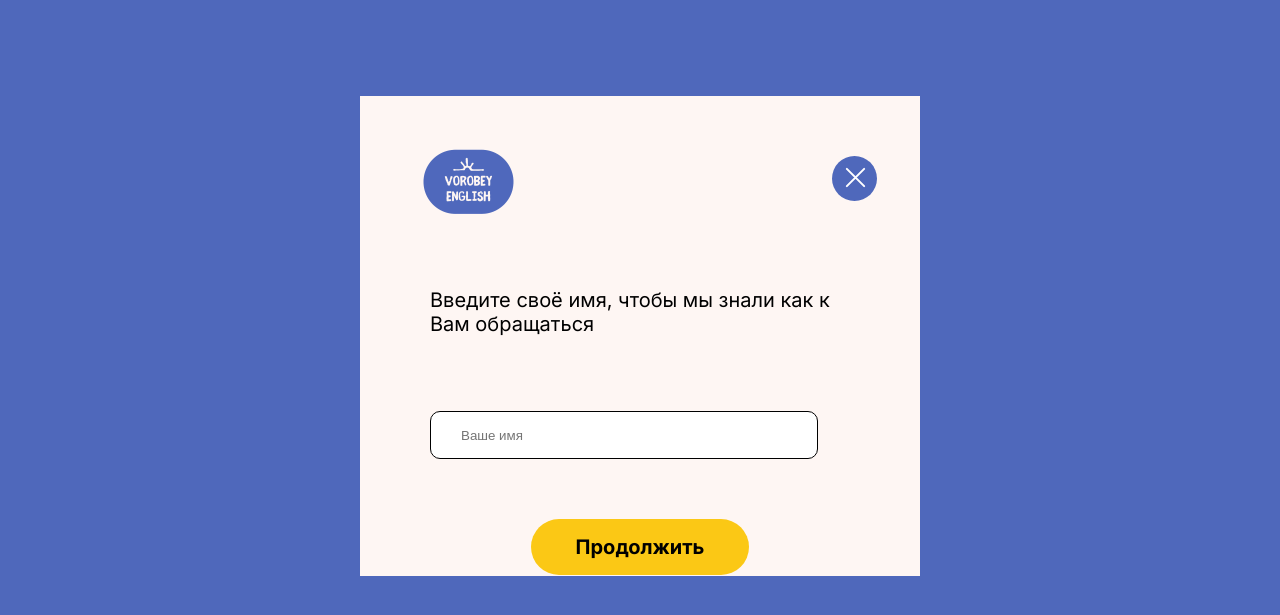
Repository: WladimirVA/Diplom
Page: templates/next_test.html
An editor plug-in stored every save of this project. The page is shown before and after the next save, followed by the edit.
The browser window is 1280 px wide. The pictures show the whole page.

Above is the page before, as saved 2023-05-04 19:00:42.

### templates/next_test.html
<!DOCTYPE html>
<html lang="en">
<head>
    <meta charset="UTF-8">
    <meta http-equiv="X-UA-Compatible" content="IE=edge">
    <meta name="viewport" content="width=\, initial-scale=1.0">
    <link href="../static/css/name.css" rel="stylesheet" type="text/css">
    <link href="../static/css/fonts.css" rel="stylesheet" type="text/css">
    <link href="../static/css/mob.css" media="screen and (max-width: 360px)" rel="stylesheet" type="text/css">
    <link rel="icon" sizes="16x16" href="../static/img/Иконка _Лого_ (1_1).svg" type="image/x-icon">
    <title>Vorobeyenglish</title>
</head>
<body>

<!-- {{if .Available}}

    <form class="NAME_LOGO_INFO" action="./test" method="post">
        <div class="Name-logo">
            <a href="../"><img src="../static/img/Иконка _Лого_ (1).svg"></a>
            <img class="Name-logo-img1-info" src="./static/img/Ellipse 6 (2).svg">
            <a href="../"><img class="Name-logo-img-info" src="../static/img/Vector (5).svg"></a>
        </div>
        <div class="info">
            <p>Добро пожаловать!<br>Вы собираетесь начать тест</p>

            <input type="hidden" name="name" value="{{.User}}">
            <input type="hidden" name="id" value="{{.TestStart}}">

            <ul>
                <li>Тест содержит 60 вопросов с возможностью выбора 1 правильного ответа из 4-х.</li>
                <li class="info-li">Время на выполнение теста не ограничено.</li>
                <li>В конце Вы получите результат прохождения теста.</li>
            </ul>
        </div>
        <div class="button">
            <button class="button submit_button">Продолжить</button>
        </div>
    </form>

{{else}} -->

<form class="NAME_LOGO" action="./next_test" method="post">
    <div class="Name-logo">
        <a href="../"><img class="logo_mob" src="../static/img/Иконка _Лого_ (1).svg"></a>
        <img class="Name-logo-img1" src="../static/img/Ellipse 6 (2).svg">
        <a href="../"><img class="Name-logo-img" src="../static/img/Vector (5).svg"></a>
    </div>
    <div class="name">
        <label class="label">Введите своё имя, чтобы мы знали как к<br> Вам обращаться
    </div>
    <div class="name-input">
        <input required="" name="name" class="text-input" type="text" maxlength="255" minlength="2" placeholder="Ваше имя" pattern="^[А-Яа-яЁё\s a-zA-Z]+$" title="Введите русские или латинские символы. Не менее 2 символов"></label>
    </div>
    <div class="button">
        <button class="button submit_button">Продолжить</button>
    </div>
</form>

<!-- {{end}} -->

</body>
</html>

### static/css/name.css
body {
    align-items: center;
    width: 100%;
    max-width: 1366px;
    margin: auto;
    font-family: 'Inter', 'Work Sans', "NunitoSans-Light", Arial, Helvetica, sans-serif;
    background: #4F68BB;
}

* {
    margin: 0;
    padding: 0;
}

.NAME_LOGO {
    width: 560px;
    height: 480px;
    position: fixed; top: 50%; left: 50%;
    transform: translate(-50%, -55%);
    /* box-shadow: 0px 0px 25px; */
    background-color: #FEF6F3;
}

.NAME_LOGO_INFO {
    width: 780px;
    height: 688px;
    position: fixed; top: 50%; left: 50%;
    transform: translate(-50%, -55%);
    /* box-shadow: 0px 0px 25px; */
    background-color: #FEF6F3;

    position: absolute;
    top:  50%;
    left: 50%;
    transform: translate(-50%,-50%);
}

.Name-logo {
    display: flex;
}

.Name-logo a {
    margin: 30px 0 0 0px;
    padding-left: 25px;
}

.Name-logo-img1 {
    margin: 33px 0 0 280px;
}

.Name-logo-img1-info {
    margin: 17px 0 0 435px;
}

.Name-logo-img {
    margin: 41px 0 0 -57px;
}

.Name-logo-img-info {
    margin: 35px 0 0 -57px;
}

.name {
    margin: 60px 0 60px 70px;
}

.name-input {
    margin: 60px 0 60px 70px;
}

.name p {
    text-align: right;
    margin: 15px 73px 66px 0;
    font-family: 'Inter';
    font-style: normal;
    font-weight: 400;
    font-size: 12px;
    line-height: 16px;
}

.label {
    text-align: center;
    font-family: 'Inter';
    font-style: normal;
    font-weight: 400;
    font-size: 20px;
    line-height: 24px;
}

.text-input {
    margin: 15px 0 0 0;
    width: 388px;
    height: 48px;
    border: 1px solid #000000;
    border-radius: 10px;
    padding-left: 30px;
}

.text-input, .text-input::before, .text-input::after {
    box-sizing: border-box;
  }

.text-input:hover{
    border:2px solid #4F68BB; /* цвет обводки */
}

.text-input:active{
     border:2px solid #000000;
}


.button {
    text-align: center;
}
.submit_button {
    background: #FBC815;
    border-radius: 50px;
    width: 218px;
    height: 56px;
    font-family: 'Inter';
    font-style: normal;
    font-weight: 700;
    font-size: 20px;
    line-height: 24px;
    border: 0;
    cursor: pointer;
}

.submit_button:hover {
    background-color: #BC9F3B;
}

.submit_button:active {
    background-color: #FDE07D;
}

.info p {
    text-align: center;
    font-family: 'Inter';
    font-style: normal;
    font-weight: 700;
    font-size: 32px;
    line-height: 40px;
    margin: 55px 0 35px 0;
}

.info-li {
    margin: 18px 0 18px 0;
}

.info ul {
    margin: 63px 0 65px 100px;
    width: 580px;
    height: 190px;
    font-family: 'Inter';
    font-style: normal;
    font-weight: 400;
    font-size: 24px;
    line-height: 32px;
}

### static/css/fonts.css
/* @import url('https://fonts.googleapis.com/css2?family=Work+Sans:ital,wght@0,600;0,800;1,800&display=swap'); */


/* @import url('https://fonts.googleapis.com/css2?family=Inter:wght@400;500;600;700;800&family=Work+Sans:ital,wght@0,600;0,800;1,800&display=swap'); */


@import url('https://fonts.googleapis.com/css2?family=Inter:wght@100;200;300;400;500;600;700;800;900&display=swap');

@import url('https://fonts.googleapis.com/css2?family=Inter:wght@100;200;300;400;500;600;700;800;900&family=Work+Sans:ital,wght@0,100;0,200;0,300;0,400;0,500;0,600;0,700;0,800;0,900;1,100;1,200;1,300;1,400;1,500;1,600;1,700;1,800;1,900&display=swap');

### static/css/mob.css
body {
    max-width: 100%;
    max-height: 100%;
    background: #FEF6F3;
}

.NAME_LOGO {
    width: 360px;
    height: 642px;
    background-color: #FEF6F3;
    position: absolute;
    top: 0;
    left: 0;
    transform: inherit;
}

.logo_mob {
    width: 120px;
    height: 120px;
    margin: -44px 0 0 -30px;
}

.Name-logo-img1 {
    width: 30px;
    height: 30px;
    margin: 34px 0 0 194px;
}

.Name-logo-img {
    margin: 9px 0 0 -50px;
}

.name {
    margin: 60px 33px 60px 36px;
}

.text-input {
    margin: 15px 0 0 0;
    width: 327px;
    height: 48px;
    border: 1px solid #000000;
    border-radius: 10px;
    padding-left: 30px;
}

.NAME_LOGO_INFO {
    width: 780px;
    height: 688px;
    position: fixed; top: 50%; left: 50%;
    transform: translate(-50%, -55%);
    /* box-shadow: 0px 0px 25px; */
    background-color: #FEF6F3;

    position: absolute;
    top:  50%;
    left: 50%;
    transform: translate(-50%,-50%);
}

After the next save:
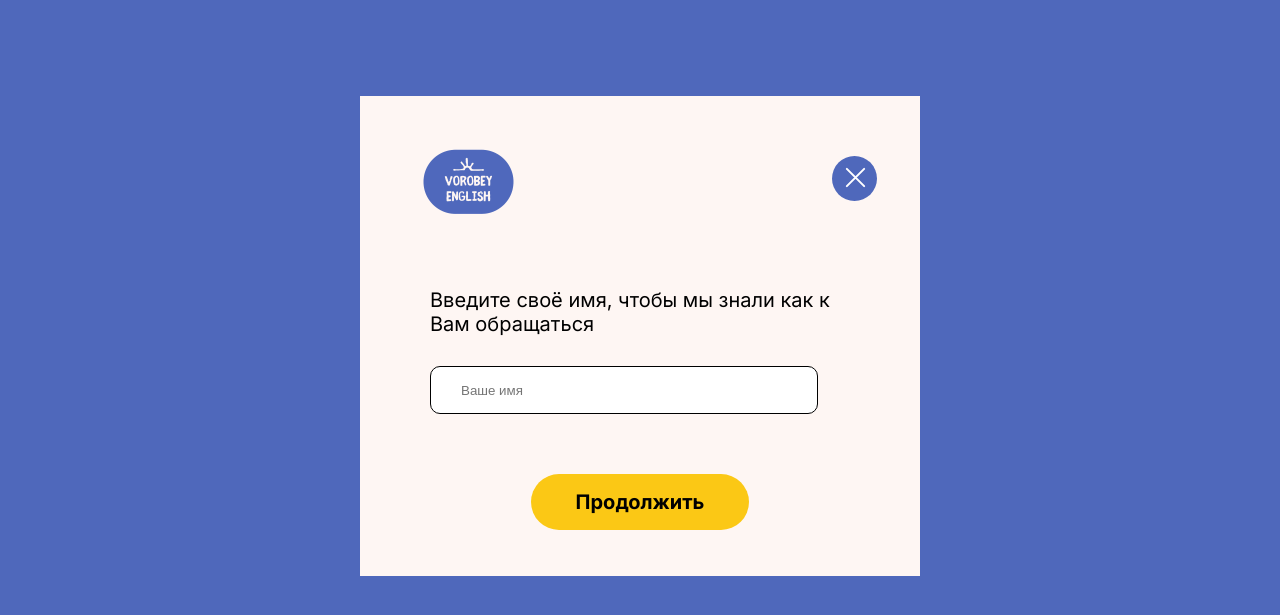
Saved 68 s later.
--- a/static/css/name.css
+++ b/static/css/name.css
@@ -65,7 +65,7 @@ body {
 }
 
 .name-input {
-    margin: 60px 0 60px 70px;
+    margin: -45px 0 60px 70px;
 }
 
 .name p {
